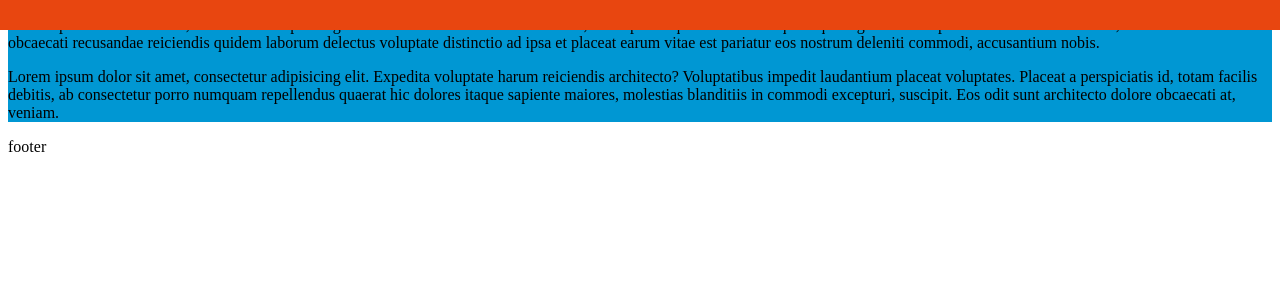
Repository: Matt-F90/mini-project
Page: index.html
The author's editor kept a record of every edit. The page is drawn from the files as they stood at one moment, then again after the next edit.
The browser window is 1280 px wide. The pictures show the whole page.

Above is the page before.

### index.html
<!DOCTYPE html>
<html lang="en">
<head>
    <meta charset="UTF-8">
    <meta name="viewport" content="width=device-width, initial-scale=1.0">
    <meta http-equiv="X-UA-Compatible" content="ie=edge">
    <link rel="stylesheet" href="main.css" type="text/css" />
    <title>Document</title>
</head>
<body>
    <main class="main">
        <header class="header">
            <div class="log"></div>
        </header>


        <section class="section">
          <article class="article column column-60">
              <p class="section-paragraph">
                  Lorem ipsum dolor sit amet, consectetur adipisicing elit. Eius obcaecati assumenda omnis, sunt optio sequi vitae ad cumque atque dignissimos aspernatur illo vel animi amet, iusto dolores! Mollitia obcaecati recusandae reiciendis quidem laborum delectus voluptate distinctio ad ipsa et placeat earum vitae est pariatur eos nostrum deleniti commodi, accusantium nobis.
              </p>
          </article>
          <aside class="aside column column-40">
              <p class="section-paragraph">
                  Lorem ipsum dolor sit amet, consectetur adipisicing elit. Expedita voluptate harum reiciendis architecto? Voluptatibus impedit laudantium placeat voluptates. Placeat a perspiciatis id, totam facilis debitis, ab consectetur porro numquam repellendus quaerat hic dolores itaque sapiente maiores, molestias blanditiis in commodi excepturi, suscipit. Eos odit sunt architecto dolore obcaecati at, veniam.
              </p>
          </aside>
        </section>

        <footer class="footer">
            footer
        </footer>
          </main>
</body>
</html>

### main.css
.body, html {
    height:100%;
    margin: 0;
}

.header {
    position: fixed;
    top: 0;
    left: 0;
    right: 0;
    background-color: #e84610;
    padding: 15px 25px;
}

.main {
    height:100%;
}

.section {
    background-color: #0097d3;
    height: 100%;

}

After the next edit:
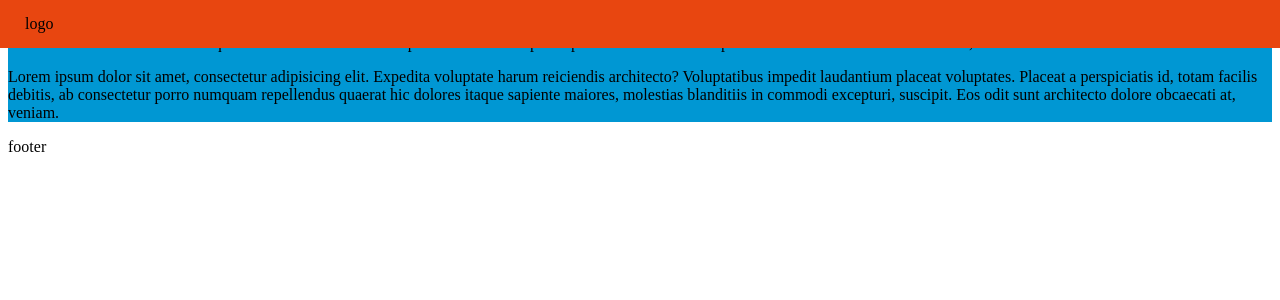
The edit:
--- a/index.html
+++ b/index.html
@@ -9,8 +9,8 @@
 </head>
 <body>
     <main class="main">
-        <header class="header">
-            <div class="log"></div>
+    <header class="header">
+            <div class="logo">logo</div>
         </header>
 
 
